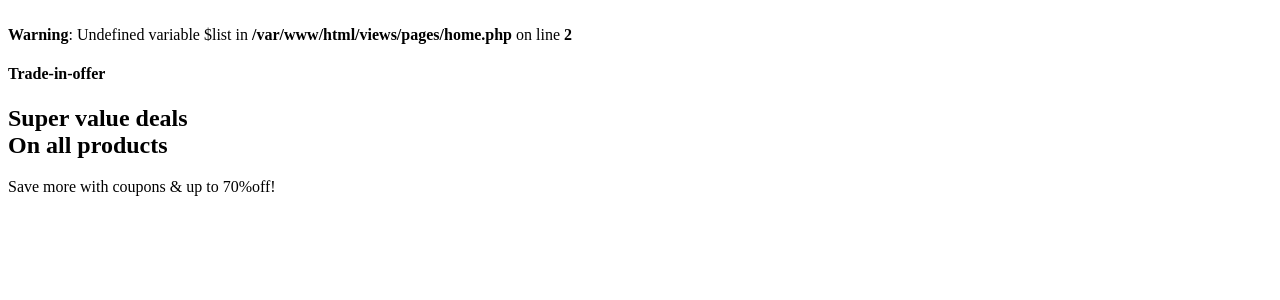
Repository: insc15/duan1
Page: http://localhost/views/pages/home.php
The author's editor kept a copy of each file at every save. The page is drawn from the files as they stood at one save, then again after the next save.
The browser window is 1280 px wide. The pictures show the whole page.
The page is run by PHP 8.4 with error messages shown; the project is at /var/www/html/.

Above is the page before, as saved 2022-11-16 19:49:39.

After the next save:
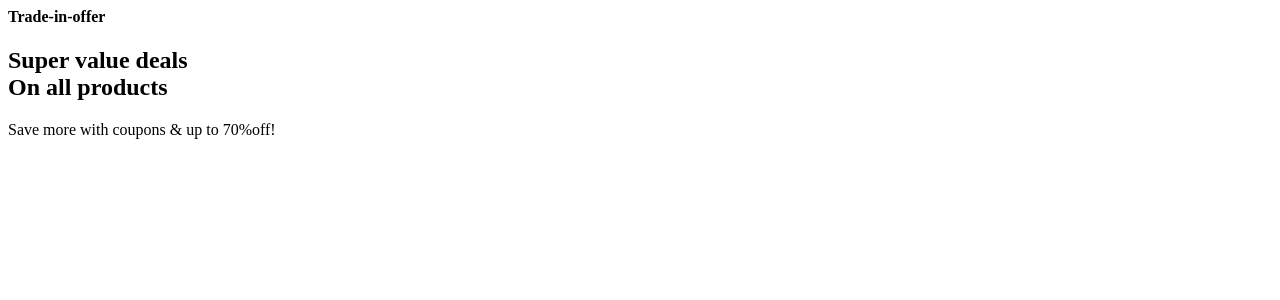
Saved 42 s later.
--- a/views/pages/home.php
+++ b/views/pages/home.php
@@ -1,5 +1,5 @@
 <?php
-print_r($list)
+// print_r($list)
 ?>
 
 <section
